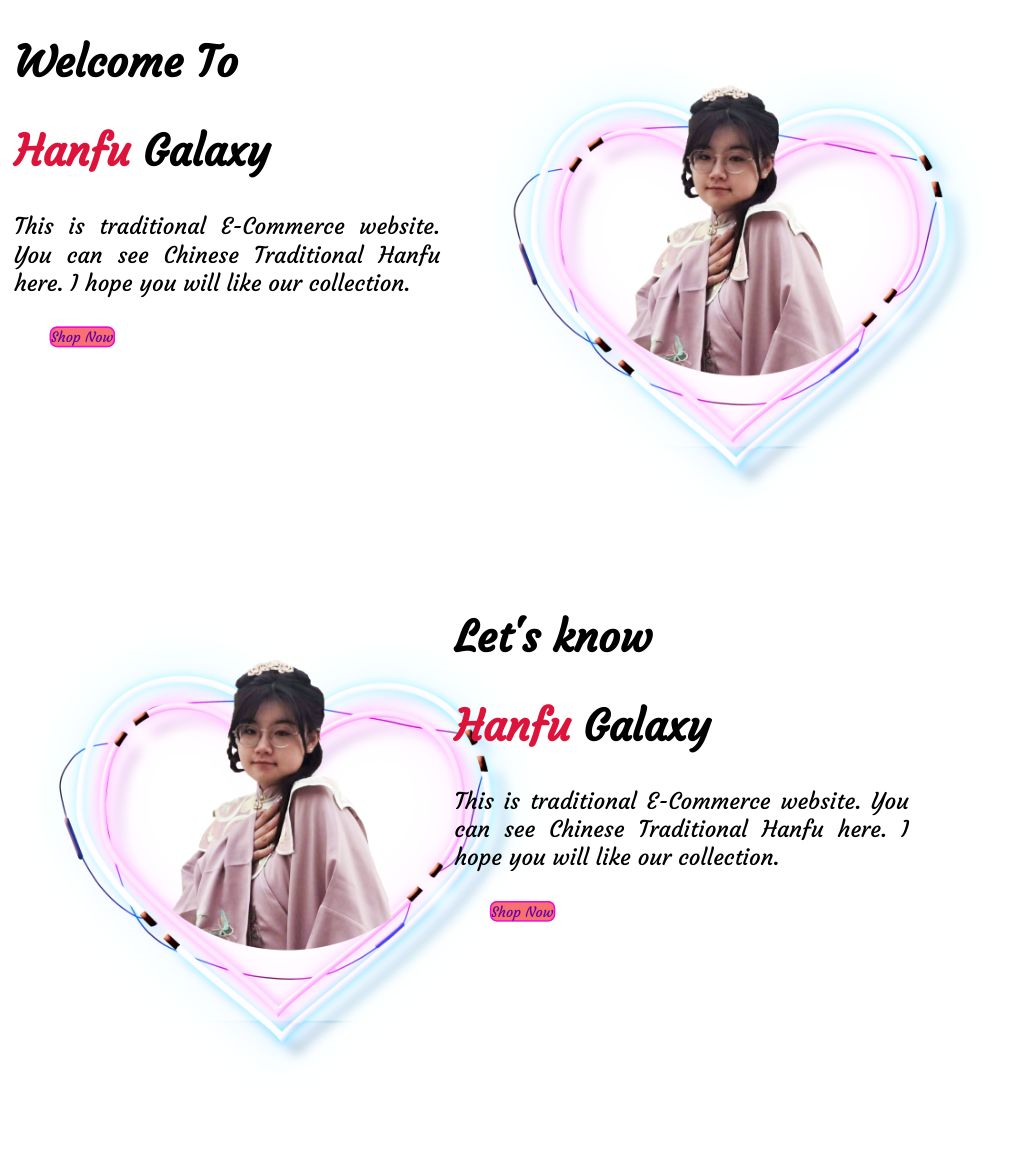
Repository: ramizraaz/E-Commerce
Page: index.html
These files come from the project's save history. The page is drawn as it stood at one moment and after the next save; the edit follows.
The browser window is 1280 px wide. The page is 1440 px wide, so the pictures cover 1440 px, including what lies to the right of the window. The pictures show the whole page, at 71% of full size.

Above is the page before, as saved 2022-02-06 21:17:00.

### index.html
<!DOCTYPE html>
<html lang="en">

<head>
    <meta charset="UTF-8">
    <meta http-equiv="X-UA-Compatible" content="IE=edge">
    <meta name="viewport" content="width=device-width, initial-scale=1.0">
    <title>Document</title>
    <link rel="stylesheet" href="main.css">
</head>

<body>
    <section class="top">
        <div class="container">
            <h1>Welcome To </h1>
            <h1><span> Hanfu </span>Galaxy</h1>
            <p>This is traditional E-Commerce website. You can see Chinese Traditional Hanfu here. I hope you will like our collection.
            </p>
            <a href="index.html">Shop Now</a>
        </div>
        <div class="container">
            <img src="images/bg-1.png" alt="showart">
        </div>
    </section>
    <section class="mid">
        <div class="container">
            <img src="images/bg-1.png" alt="showart">
        </div>
        <div class="container">
            <h1>Let's know </h1>
            <h1><span> Hanfu </span>Galaxy</h1>
            <p>This is traditional E-Commerce website. You can see Chinese Traditional Hanfu here. I hope you will like our collection.
            </p>
            <a href="index.html">Shop Now</a>
        </div>
    </section>
</body>

</html>

### main.css
@import url('https://fonts.googleapis.com/css2?family=Courgette&display=swap');
body {
    font-family: 'Courgette', cursive;
    margin: 0;
    font-size: 2rem;
}

h1 {
    font-size: 60px;
}

p {
    text-align: justify;
}

span {
    color: crimson;
}

img {
    width: 800px;
}

a {
    text-decoration: none;
    border: 2px solid #f104e6;
    border-radius: 10px;
    font-size: 20px;
    margin-left: 50px;
    background-color: rgba(243, 7, 7, 0.575);
    color: rgb(101, 2, 167);
}

.top {
    display: flex;
}

.container {
    width: 50%;
    padding-left: 20px;
}

.mid {
    display: flex;
}

.mid .container {
    padding: 0px;
}

After the next save:
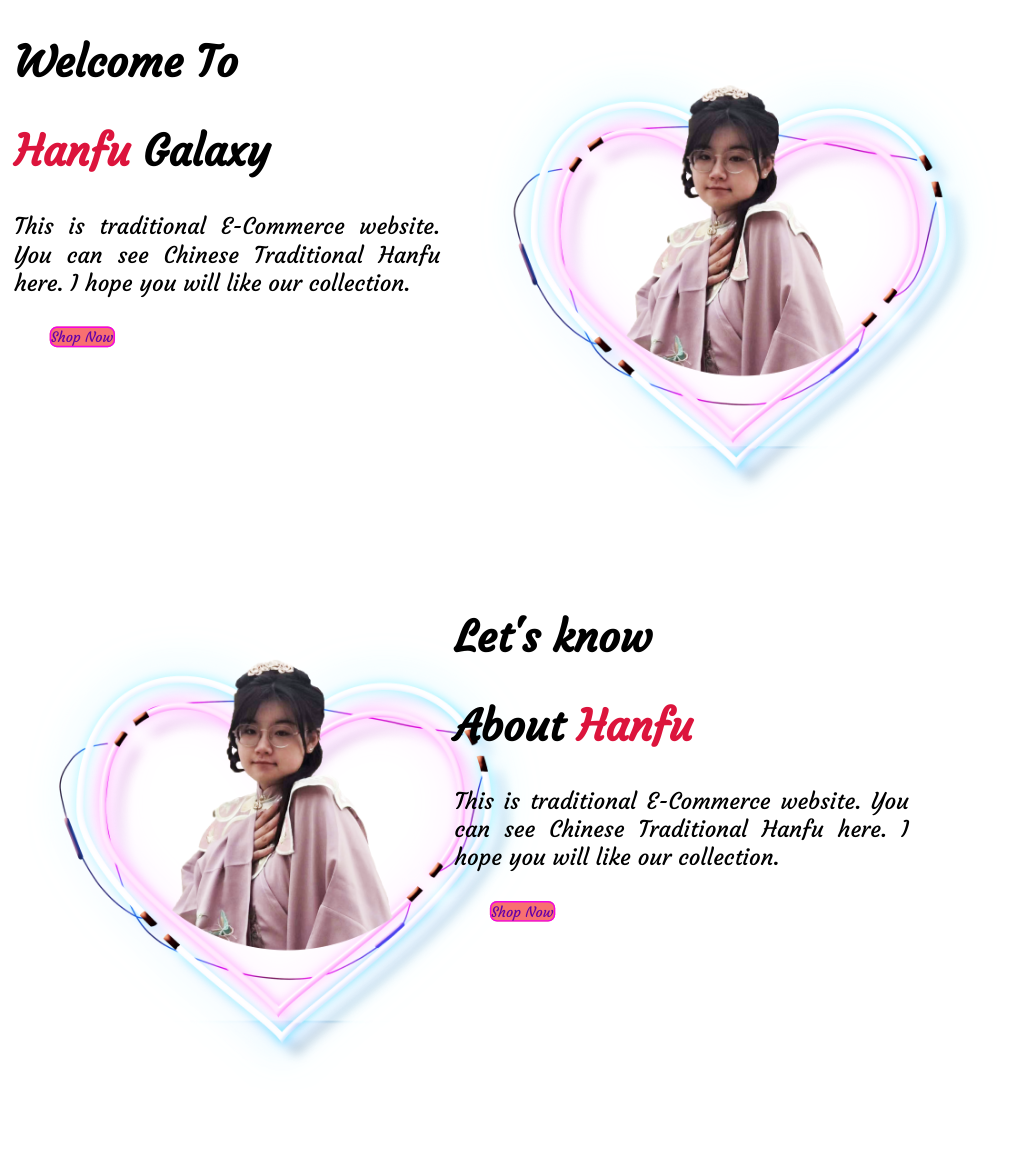
Saved 13 s later.
--- a/index.html
+++ b/index.html
@@ -28,7 +28,7 @@
         </div>
         <div class="container">
             <h1>Let's know </h1>
-            <h1><span> Hanfu </span>Galaxy</h1>
+            <h1>About<span> Hanfu </span></h1>
             <p>This is traditional E-Commerce website. You can see Chinese Traditional Hanfu here. I hope you will like our collection.
             </p>
             <a href="index.html">Shop Now</a>
